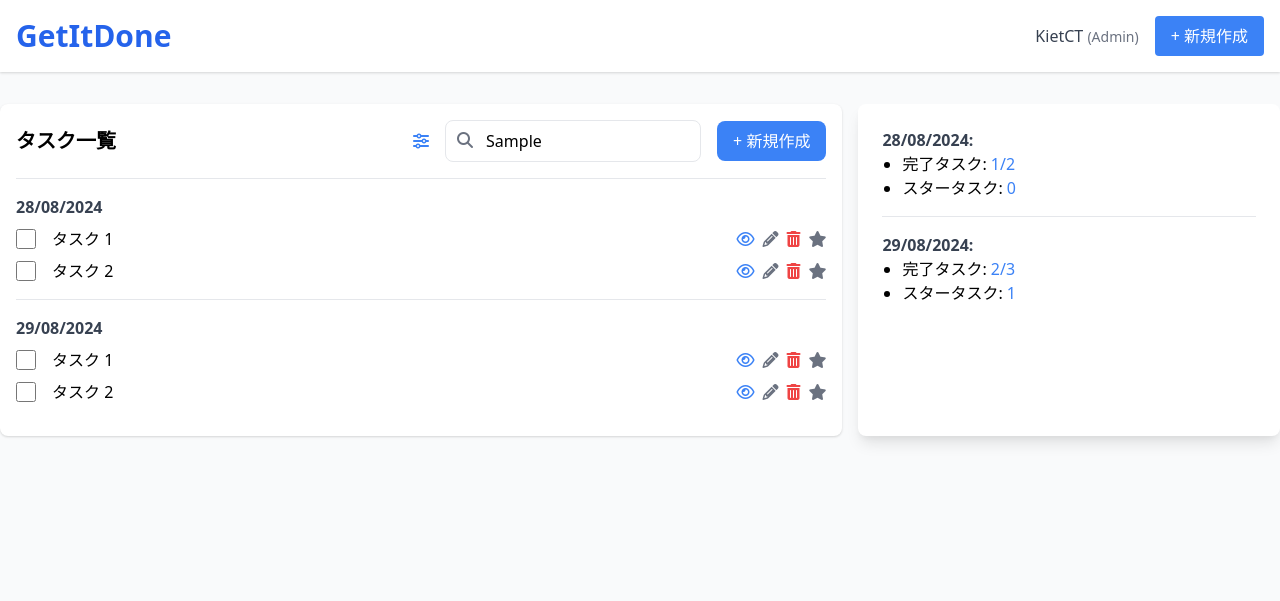
Repository: TuanAnhNguyen723/todolist
Page: mainscreen.html
These files come from the project's save history. The page is drawn as it stood at one moment and after the next save; the edit follows.
The browser window is 1280 px wide. The pictures show the whole page.
Empty fields were first filled with sample values (such as "Sample", 5 or name@example.com).
After loading, the first visible `i.fa-pencil` was clicked once.
Some web libraries are served in a nearby version.

Above is the page before, as saved 2024-09-25 10:58:29.
Console error: TypeError: Cannot read properties of null (reading 'classList')

### mainscreen.html
<!DOCTYPE html>
<html lang="ja">
  <head>
    <meta charset="UTF-8" />
    <meta name="viewport" content="width=device-width, initial-scale=1.0" />
    <title>GetItDone Task List</title>
    <link
      href="https://cdn.jsdelivr.net/npm/tailwindcss@2.2.19/dist/tailwind.min.css"
      rel="stylesheet"
    />
    <link
      rel="stylesheet"
      href="https://cdnjs.cloudflare.com/ajax/libs/font-awesome/6.6.0/css/all.min.css"
    />
    <script src="./mainscreen.js" defer></script>
  </head>
  <body class="bg-gray-50">
    <!-- Header Section -->
    <header class="bg-white shadow p-4 flex justify-between items-center">
      <div class="flex items-center">
        <h1 class="text-3xl font-bold text-blue-600">GetItDone</h1>
      </div>
      <div class="flex items-center">
        <span class="text-gray-700 mr-4"
          >KietCT <span class="text-sm text-gray-500">(Admin)</span></span
        >
        <button class="bg-blue-500 text-white px-4 py-2 rounded">
          + 新規作成
        </button>
      </div>
    </header>

    <!-- Main Section -->
    <main class="container mx-auto mt-8">
      <div class="flex justify-between">
        <!-- Task List -->
        <div class="w-2/3 bg-white p-4 shadow rounded-lg">
          <div class="flex justify-between items-center mb-4">
            <!-- Task List Title -->
            <h2 class="text-xl font-bold">タスク一覧</h2>

            <div class="flex items-center space-x-4">
              <!-- Filter Icon -->
              <button class="text-blue-500 hover:text-gray-700">
                <i class="fas fa-sliders-h"></i>
              </button>

              <!-- Search Input with Icon -->
              <div class="relative">
                <input
                  type="text"
                  class="border rounded-lg pl-10 pr-3 py-2 w-64"
                  placeholder="タスクを入力してください"
                />
                <!-- Search Icon -->
                <i
                  class="fas fa-search absolute left-3 top-3 text-gray-500"
                ></i>
              </div>

              <!-- New Task Button -->
              <button class="bg-blue-500 text-white px-4 py-2 rounded-lg">
                + 新規作成
              </button>
            </div>
          </div>

          <!-- Task Group 1 -->
          <div class="mb-4 border-t pt-4">
            <h3 class="font-bold text-gray-700">28/08/2024</h3>

            <!-- Task 1 -->
            <div class="flex justify-between items-center space-x-4 my-2">
              <div class="flex items-center space-x-4">
                <input
                  type="checkbox"
                  class="form-checkbox h-5 w-5 toggle-complete"
                />
                <span class="task-text">タスク 1</span>
              </div>
              <div class="flex space-x-2">
                <button class="text-blue-500 hover:text-blue-700">
                  <i class="fa fa-eye"></i>
                </button>
                <button class="text-gray-500 hover:text-gray-700">
                  <i class="fa fa-pencil"></i>
                </button>
                <button class="text-red-500 hover:text-red-700">
                  <i class="fa fa-trash"></i>
                </button>
                <button class="text-gray-500 hover:text-yellow-500 star-icon">
                  <i class="fa fa-star"></i>
                </button>
              </div>
            </div>

            <!-- Task 2 -->
            <div class="flex justify-between items-center space-x-4 my-2">
              <div class="flex items-center space-x-4">
                <input
                  type="checkbox"
                  class="form-checkbox h-5 w-5 toggle-complete"
                />
                <span class="task-text">タスク 2</span>
              </div>
              <div class="flex space-x-2">
                <button class="text-blue-500 hover:text-blue-700">
                  <i class="fa fa-eye"></i>
                </button>
                <button class="text-gray-500 hover:text-gray-700">
                  <i class="fa fa-pencil"></i>
                </button>
                <button class="text-red-500 hover:text-red-700">
                  <i class="fa fa-trash"></i>
                </button>
                <button class="text-gray-500 hover:text-yellow-500 star-icon">
                  <i class="fa fa-star"></i>
                </button>
              </div>
            </div>
          </div>

          <!-- Task Group 2 -->
          <div class="mb-4 border-t pt-4">
            <h3 class="font-bold text-gray-700">29/08/2024</h3>

            <!-- Task 1 -->
            <div class="flex justify-between items-center space-x-4 my-2">
              <div class="flex items-center space-x-4">
                <input
                  type="checkbox"
                  class="form-checkbox h-5 w-5 toggle-complete"
                />
                <span class="task-text">タスク 1</span>
              </div>
              <div class="flex space-x-2">
                <button class="text-blue-500 hover:text-blue-700">
                  <i class="fa fa-eye"></i>
                </button>
                <button class="text-gray-500 hover:text-gray-700">
                  <i class="fa fa-pencil"></i>
                </button>
                <button class="text-red-500 hover:text-red-700">
                  <i class="fa fa-trash"></i>
                </button>
                <button class="text-gray-500 hover:text-yellow-500 star-icon">
                  <i class="fa fa-star"></i>
                </button>
              </div>
            </div>

            <!-- Task 2 -->
            <div class="flex justify-between items-center space-x-4 my-2">
              <div class="flex items-center space-x-4">
                <input
                  type="checkbox"
                  class="form-checkbox h-5 w-5 toggle-complete"
                />
                <span class="task-text">タスク 2</span>
              </div>
              <div class="flex space-x-2">
                <button class="text-blue-500 hover:text-blue-700">
                  <i class="fa fa-eye"></i>
                </button>
                <button class="text-gray-500 hover:text-gray-700">
                  <i class="fa fa-pencil"></i>
                </button>
                <button class="text-red-500 hover:text-red-700">
                  <i class="fa fa-trash"></i>
                </button>
                <button class="text-gray-500 hover:text-yellow-500 star-icon">
                  <i class="fa fa-star"></i>
                </button>
              </div>
            </div>
          </div>
        </div>

        <!-- Task Completion Summary -->
        <div
          id="task-summary"
          class="w-1/3 bg-white p-6 rounded-lg shadow-lg ml-4"
        >
          <h3 class="font-bold text-gray-700">28/08/2024:</h3>
          <ul class="list-disc pl-5">
            <li>完了タスク: <span class="text-blue-500">1/2</span></li>
            <li>スタータスク: <span class="text-blue-500">0</span></li>
          </ul>

          <h3 class="font-bold text-gray-700 mt-4 border-t pt-4">
            29/08/2024:
          </h3>
          <ul class="list-disc pl-5">
            <li>完了タスク: <span class="text-blue-500">2/3</span></li>
            <li>スタータスク: <span class="text-blue-500">1</span></li>
          </ul>
        </div>

        <!-- Task Edit Modal -->
        <!-- Task Add Modal -->
        <div
          id="taskAddModal"
          class="fixed z-50 inset-0 overflow-y-auto hidden"
        >
          <div class="flex items-center justify-center min-h-screen">
            <div class="relative bg-white w-96 p-6 rounded-lg shadow-lg">
              <!-- Close Button -->
              <button
                id="closeModal"
                class="absolute top-2 right-2 text-gray-500 hover:text-gray-700"
              >
                <i class="fas fa-times"></i>
              </button>

              <!-- Modal Title -->
              <h2 class="text-2xl font-bold mb-4">タスク追加</h2>

              <!-- Form -->
              <form>
                <!-- Task Title -->
                <input
                  type="text"
                  placeholder="タイトルが入力してください"
                  class="w-full border border-gray-300 p-2 rounded-lg mb-4"
                />

                <!-- Date Pickers -->
                <div class="flex justify-between space-x-4 mb-4">
                  <div class="w-1/2 relative">
                    <i
                      class="fas fa-clock absolute left-3 top-3 text-gray-500"
                    ></i>
                    <input
                      type="text"
                      placeholder="Tue Sep 10"
                      class="w-full pl-10 border border-gray-300 p-2 rounded-lg"
                    />
                  </div>
                  <div class="w-1/2 relative">
                    <i
                      class="fas fa-clock absolute left-3 top-3 text-gray-500"
                    ></i>
                    <input
                      type="text"
                      placeholder="Tue Sep 10"
                      class="w-full pl-10 border border-gray-300 p-2 rounded-lg"
                    />
                  </div>
                </div>

                <!-- Task Description -->
                <textarea
                  placeholder="ディスクリプが入力してください"
                  class="w-full border border-gray-300 p-2 rounded-lg mb-4"
                  rows="4"
                ></textarea>

                <!-- Buttons -->
                <div class="flex justify-between">
                  <button
                    type="button"
                    class="bg-blue-500 text-white px-4 py-2 rounded-lg w-full mr-2"
                  >
                    作成
                  </button>
                  <button
                    type="button"
                    class="border border-blue-500 text-blue-500 px-4 py-2 rounded-lg w-full"
                    id="cancelButton"
                  >
                    キャンセル
                  </button>
                </div>
              </form>
            </div>
          </div>
        </div>
      </div>
    </main>

    <!-- Icons FontAwesome -->
    <script src="https://kit.fontawesome.com/a076d05399.js"></script>
  </body>
</html>

### mainscreen.js
// Xử lý sự kiện khi click vào checkbox để gạch ngang hoặc bỏ gạch ngang
document.querySelectorAll(".toggle-complete").forEach((checkbox) => {
  checkbox.addEventListener("change", function () {
    const taskText = this.parentElement.querySelector(".task-text");
    if (this.checked) {
      taskText.classList.add("line-through", "text-gray-400");
    } else {
      taskText.classList.remove("line-through", "text-gray-400");
    }
  });
});

// Xử lý sự kiện khi click vào icon ngôi sao
document.querySelectorAll(".star-icon").forEach((star) => {
  star.addEventListener("click", function () {
    const taskText =
      this.parentElement.parentElement.querySelector(".task-text");
    // Toggle màu ngôi sao
    this.classList.toggle("text-yellow-500");
    // Toggle màu chữ của task
    if (this.classList.contains("text-yellow-500")) {
      taskText.classList.add("text-yellow-600");
    } else {
      taskText.classList.remove("text-yellow-600");
    }
  });
});

document.addEventListener("DOMContentLoaded", () => {
  // Get elements
  const editButtons = document.querySelectorAll(".fa-pencil");
  const taskEditModal = document.getElementById("taskEditModal");
  const closeModalButton = document.getElementById("closeModal");

  // Add event listeners to edit buttons
  editButtons.forEach((button) => {
    button.addEventListener("click", (event) => {
      event.preventDefault();
      // Show modal
      taskEditModal.classList.remove("hidden");
    });
  });

  // Add event listener to close modal button
  closeModalButton.addEventListener("click", () => {
    // Hide modal
    taskEditModal.classList.add("hidden");
  });
});

After the next save:
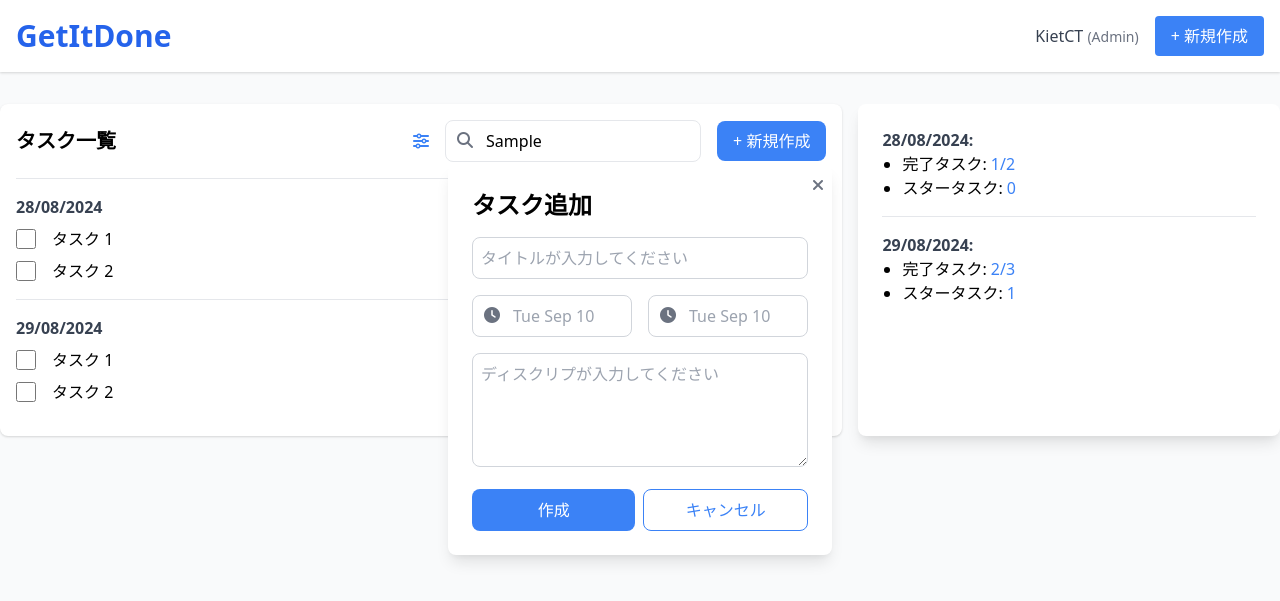
The error is gone.
Saved 24 s later.
--- a/mainscreen.js
+++ b/mainscreen.js
@@ -26,24 +26,31 @@ document.querySelectorAll(".star-icon").forEach((star) => {
   });
 });
 
-document.addEventListener("DOMContentLoaded", () => {
+document.addEventListener('DOMContentLoaded', () => {
   // Get elements
-  const editButtons = document.querySelectorAll(".fa-pencil");
-  const taskEditModal = document.getElementById("taskEditModal");
-  const closeModalButton = document.getElementById("closeModal");
+  const editButtons = document.querySelectorAll('.fa-pencil');
+  const taskAddModal = document.getElementById('taskAddModal');
+  const closeModalButton = document.getElementById('closeModal');
+  const cancelButton = document.getElementById('cancelButton');
 
   // Add event listeners to edit buttons
-  editButtons.forEach((button) => {
-    button.addEventListener("click", (event) => {
+  editButtons.forEach(button => {
+    button.addEventListener('click', (event) => {
       event.preventDefault();
       // Show modal
-      taskEditModal.classList.remove("hidden");
+      taskAddModal.classList.remove('hidden');
     });
   });
 
   // Add event listener to close modal button
-  closeModalButton.addEventListener("click", () => {
+  closeModalButton.addEventListener('click', () => {
     // Hide modal
-    taskEditModal.classList.add("hidden");
+    taskAddModal.classList.add('hidden');
+  });
+
+  // Add event listener to cancel button
+  cancelButton.addEventListener('click', () => {
+    // Hide modal
+    taskAddModal.classList.add('hidden');
   });
 });
